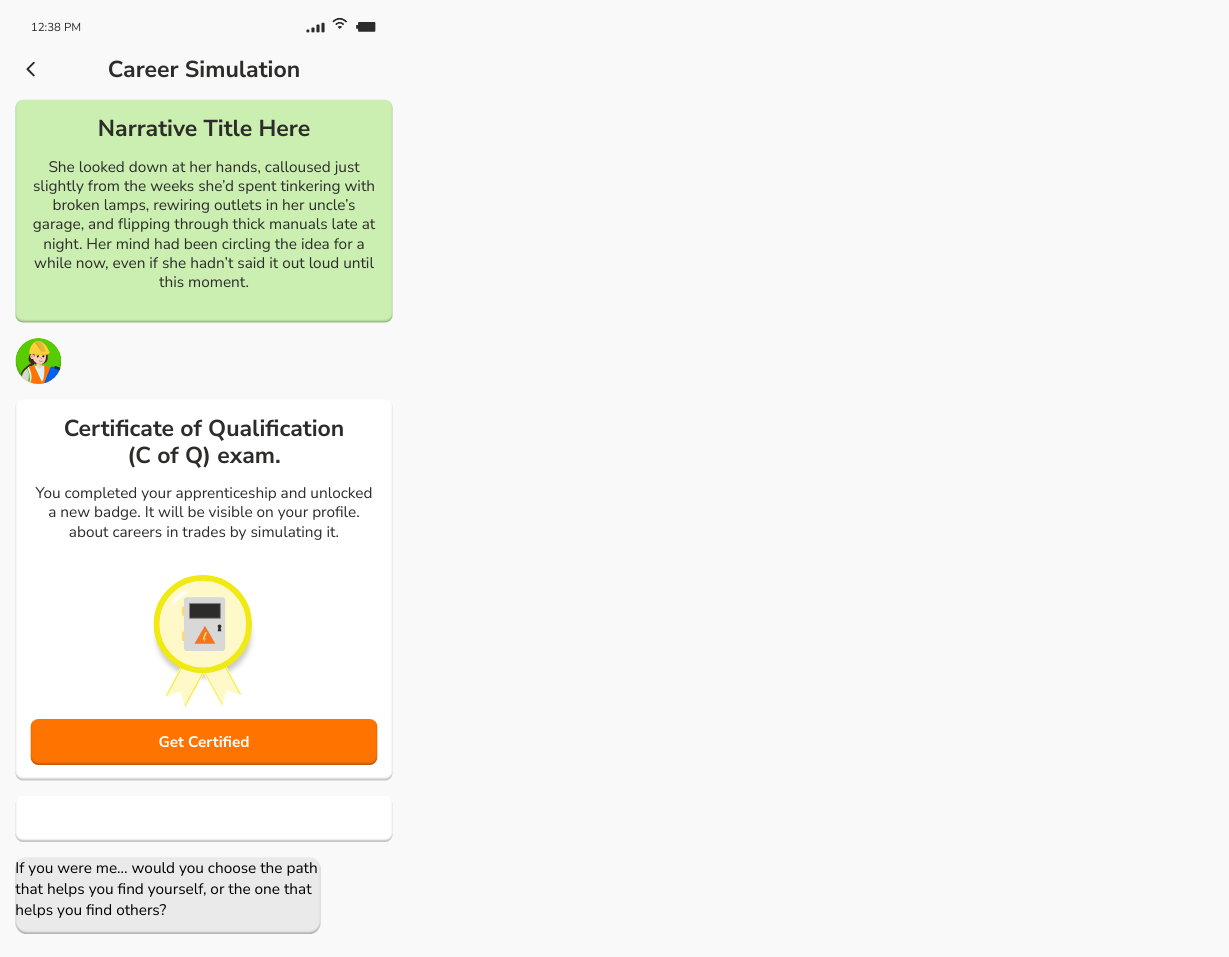
Repository: daniel-liu01/week10books
Page: /
An editor plug-in stored every save of this project. The page is shown before and after a run of saves, followed by the edit.
The browser window is 1280 px wide. The pictures show the whole page, at 96% of full size.
The project was rebuilt for these pictures with package versions that can differ from the ones it lists, and the page was loaded fresh each time. Also part of the build but not shown: vite.config.js, vite.config.ts, src/App.css, app/Simulation/Simulation.module.css, components/InfoModal/InfoModal.module.css, components/InfoModal/InfoModal.jsx, app/Simulation/Simulation.jsx.

Above is the page before, as saved 2025-10-22 12:50:19.

After the next 2 saves:
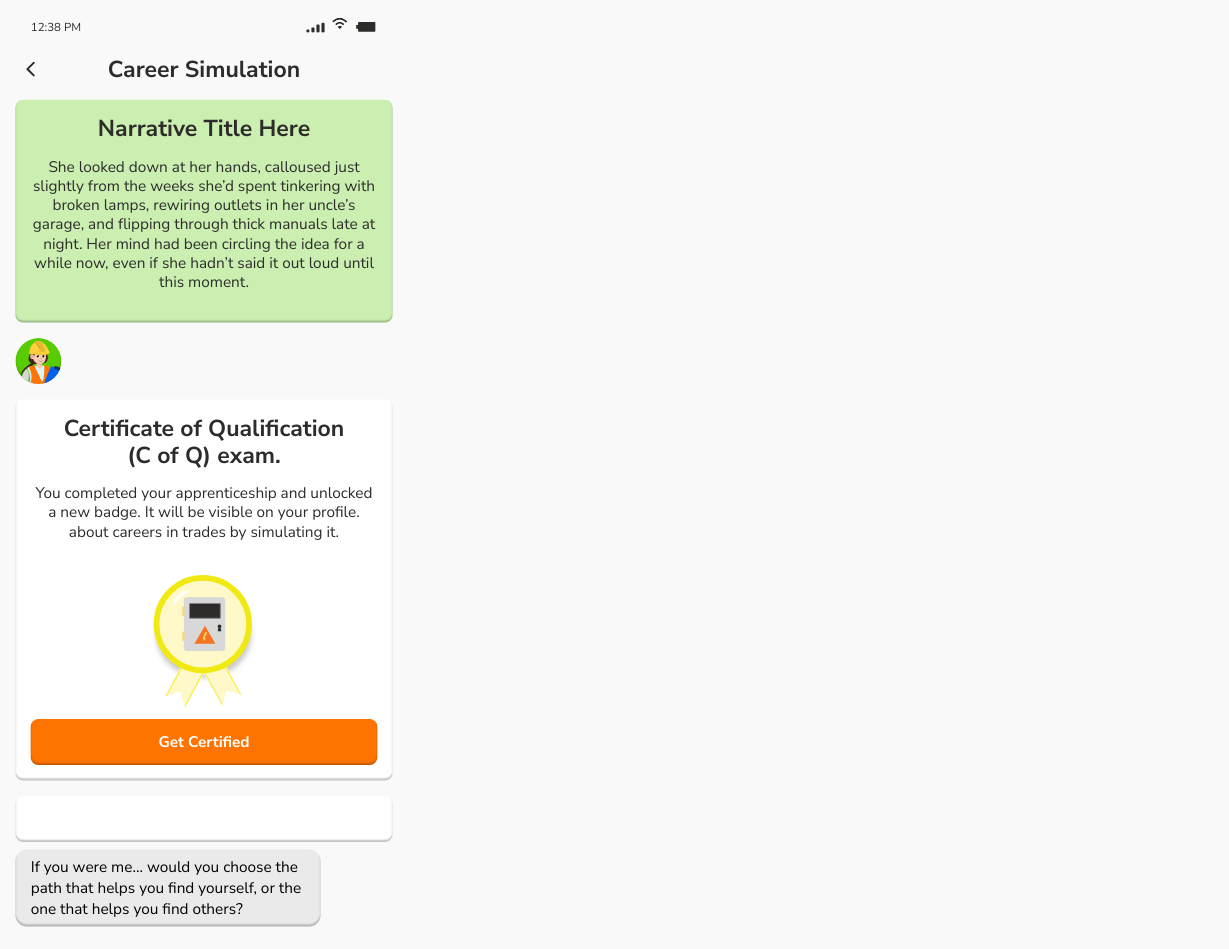
The 2 saves are shown as one change because they came seconds apart.
The last was saved 17 s later.
--- a/components/TextBubble/TextBubble.module.css
+++ b/components/TextBubble/TextBubble.module.css
@@ -1,7 +1,7 @@
 .containerAi,
 .containerUser {
     border-radius: 12px;
-    padding:
+    padding: var(--space-regular);
     display: flex;
     align-items: center;
     margin: 8px 0;
